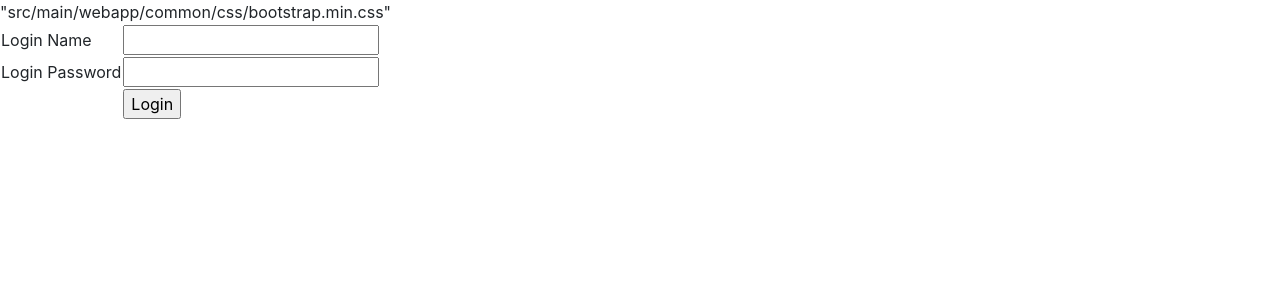
Repository: HsuMon123/Testing-Java-EE
Page: http://localhost/02-hello-servlet/
The author's editor kept a copy of each file at every save. The page is drawn from the files as they stood at one save, then again after the next save.
The browser window is 1280 px wide. The pictures show the whole page.
The page is served by Tomcat 9.

Above is the page before, as saved 2020-12-15 07:06:02.

After the next save:
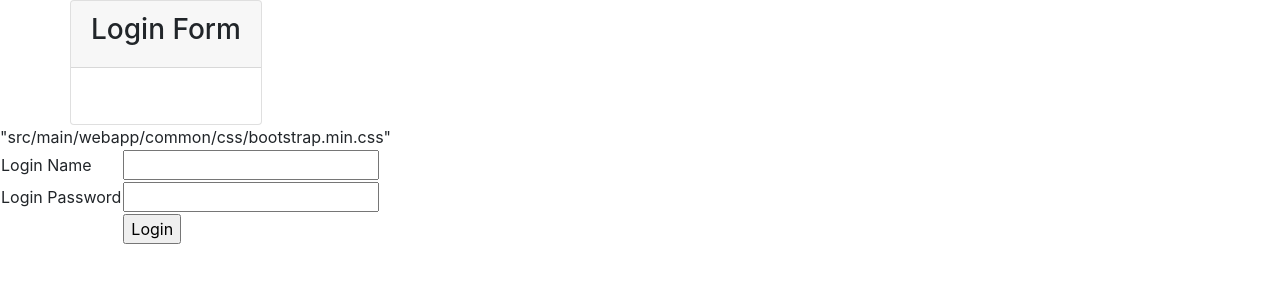
Saved 4 min 4 s later.
--- a/02-hello-servlet/src/main/webapp/index.jsp
+++ b/02-hello-servlet/src/main/webapp/index.jsp
@@ -13,7 +13,18 @@
 
 	<div class="container">
 		<div class="row">
+			<div class="card">
+				<div class="card-header">
+					<h3>Login Form</h3>
+				</div>
+				<div class="card-body">
+					<form action="login" class="form">
+						<div class="form-group">
 
+						</div>
+					</form>
+				</div>
+			</div>
 		</div>
 	</div>
 
